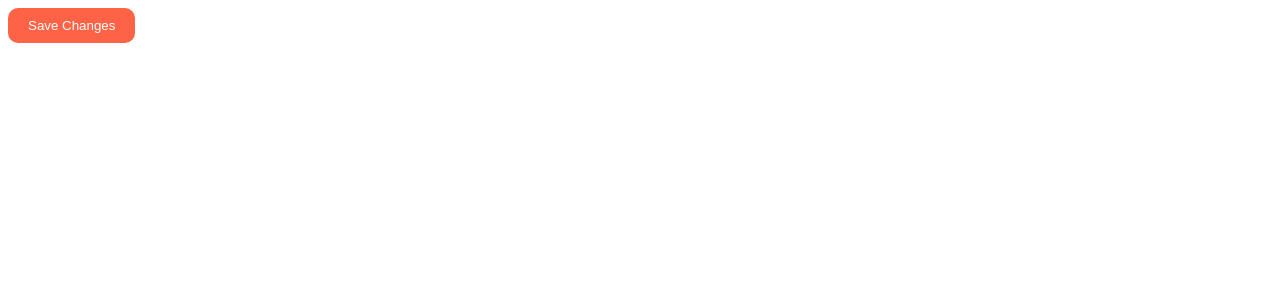
Repository: TaewookKwak/React
Page: propTypes.html
The author's editor kept a copy of each file at every save. The page is drawn from the files as they stood at one save, then again after the next save.
The browser window is 1280 px wide. The pictures show the whole page.

Above is the page before, as saved 2021-12-15 13:40:17.

After the next save:
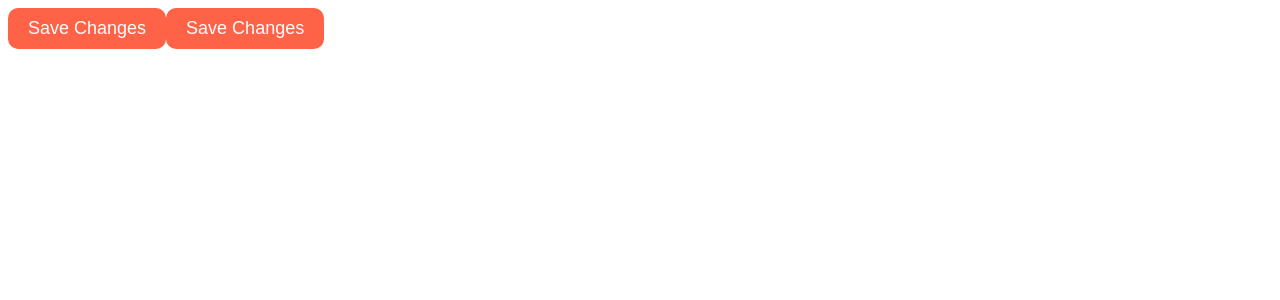
Saved 21 s later.
--- a/propTypes.html
+++ b/propTypes.html
@@ -27,7 +27,8 @@
     function App() {
       return (
         <div>
-          <Btn text="Save Changes" fontSize="18" />
+          <Btn text="Save Changes" fontSize={18} />
+          <Btn text="Save Changes" fontSize={18} />
         </div>
       );
     }
